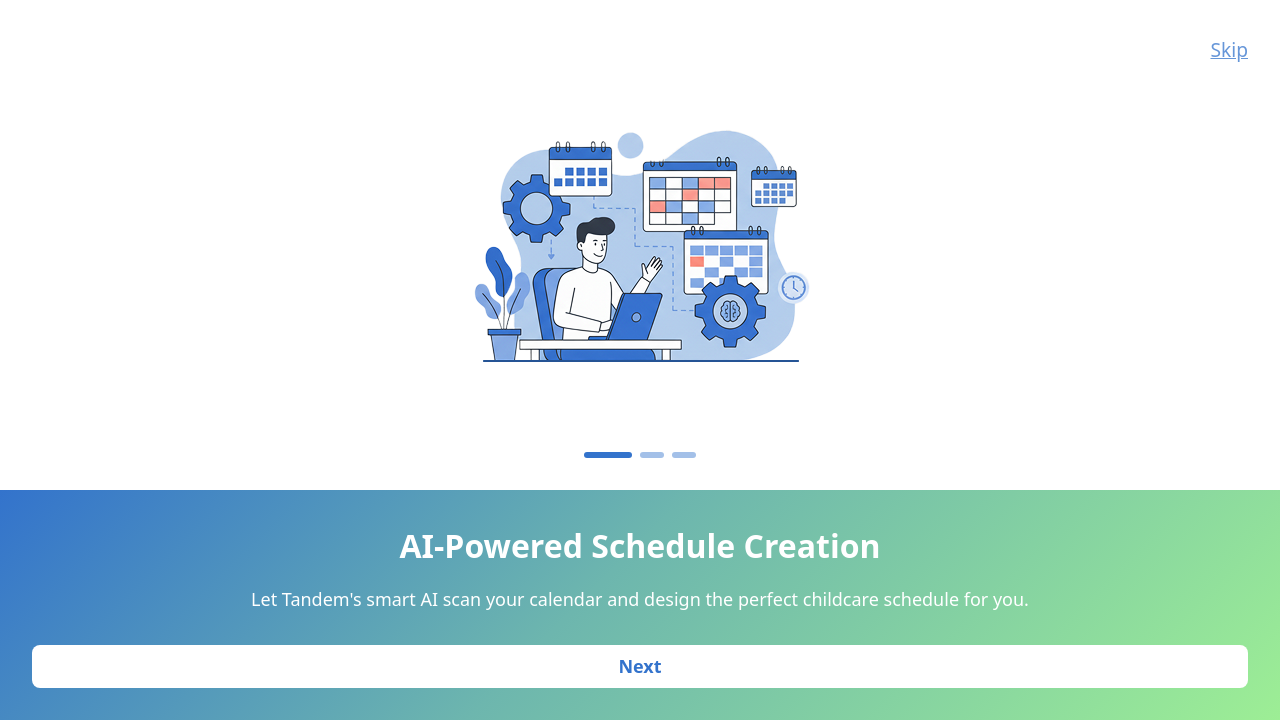
Repository: IDSP-TRADECARE/Tandem
Page: /boarding/features
The author's editor kept a copy of each file at every save. The page is drawn from the files as they stood at one save, then again after the next save.
The browser window is 1280 px wide. The pictures show the whole page.
The page's requests for data from a server got no answer. Some web fonts or font styles are not loaded; a fallback is used. The project was rebuilt for these pictures with package versions that can differ from the ones it lists, and the page was loaded fresh each time. Some packages were replaced by stand-ins written for this rebuild. The framework's server and built-in components were replaced by stand-ins that run in the browser. No one was signed in, and anything a server would have sent is missing. Also part of the build but not shown: next.config.ts, src/app/components/auth/AuthGuard.tsx.

Above is the page before, as saved 2025-11-23 00:14:52.

### src/app/layout.tsx
/* eslint-disable @next/next/no-page-custom-font */
import { ClerkProvider } from '@clerk/nextjs'
import { SocketProvider } from '@/lib/socket/SocketContext'
import './globals.css'
import type { Metadata } from "next";
import { AuthWrapper } from './components/auth/AuthWrapper';


export const metadata: Metadata = {
  title: "Tandem",
  description: "Share childcare with your community",
  icons: {
    icon: 'brand/logoColor.svg',
  },
};

export default function RootLayout({
  children,
}: Readonly<{
  children: React.ReactNode;
}>) {
  return (
    <ClerkProvider>
      <html lang="en">
        <head>
          {/* Omnes Pro from Adobe Fonts */}
          <link rel="stylesheet" href="https://use.typekit.net/pku8yek.css" />

          {/* Alan Sans from Google Fonts */}
          <link rel="preconnect" href="https://fonts.googleapis.com" />
          <link rel="preconnect" href="https://fonts.gstatic.com" crossOrigin="anonymous" />
          <link href="https://fonts.googleapis.com/css2?family=Alan+Sans:wght@300..900&display=swap" rel="stylesheet" />
        </head>
        <body className="antialiased">
          <SocketProvider>
            <AuthWrapper>
              {children}
            </AuthWrapper>
          </SocketProvider>
        </body>
      </html>
    </ClerkProvider>
  )
}

### src/app/boarding/features/page.tsx
"use client";
import { useState } from "react";
import { useRouter } from "next/navigation";
import styles from "./features.module.css";

const features = [
    {
        id: 1,
        title: "AI-Powered Schedule Creation",
        description:
            "Let Tandem's smart AI scan your calendar and design the perfect childcare schedule for you.",
        imgSrc: "/boarding/Graphic-ai-powered-feature1.png",
    },
    {
        id: 2,
        title: "Seamless Nanny Booking",
        description:
            "Effortlessly discover and book reliable nannies tailored to your family's needs.",
        imgSrc: "/boarding/Seamless-nanny-booking-feature2.png",
    },
    {
        id: 3,
        title: "Intelligent Nanny Sharing",
        description:
            "Team up with nearby families to share trusted nannies, cutting costs while building lasting connections.",
        imgSrc: "/boarding/Intelligent-nanny-sharing-feature3.png",
    },
];

export default function FeaturesPage() {
    const [currentIndex, setCurrentIndex] = useState(0);
    const router = useRouter();

    const handleNext = () => {
        if (currentIndex < features.length - 1) {
            setCurrentIndex(currentIndex + 1);
        } else {
            router.push("./sign-up");
        }
    };

    const handleSkip = () => {
        router.push("./sign-up");
    };

    const handlePrevious = () => {
        if (currentIndex > 0) {
            setCurrentIndex(currentIndex - 1);
        }
    };

    const currentFeature = features[currentIndex];
    const showPrevious = currentIndex > 0;

    return (
        <div className={styles.container}>
            <button
                className={styles.skipButton}
                onClick={handleSkip}
            >
                Skip
            </button>

            <div className={styles.imageSection}>
                <div className={styles.imageContainer}>
                    <img
                        src={currentFeature.imgSrc}
                        alt={`Feature ${currentFeature.id}`}
                    />
                </div>
                <div className={styles.progressDots}>
                    {features.map((_, index) => (
                        <div
                            key={index}
                            className={`${styles.dot} ${
                                index === currentIndex ? styles.active : ""
                            }`}
                        />
                    ))}
                </div>
            </div>

            <div className={styles.contentButtons}>
                <div className={styles.content}>
                    <h1 className={styles.title}>{currentFeature.title}</h1>
                    <p className={styles.description}>
                        {currentFeature.description}
                    </p>
                </div>
                <div className={styles.navigationButtons}>
                    {showPrevious && (
                        <button
                            className={styles.previousButton}
                            onClick={handlePrevious}
                        >
                            Previous
                        </button>
                    )}
                    <button
                        className={styles.nextButton}
                        onClick={handleNext}
                    >
                        Next
                    </button>
                </div>
            </div>
        </div>
    );
}

### src/lib/socket/SocketContext.tsx
'use client';

import { createContext, useContext, useEffect, useState } from 'react';
import { io, Socket } from 'socket.io-client';
import { ClientToServerEvents, ServerToClientEvents } from './types';

type TypedSocket = Socket<ServerToClientEvents, ClientToServerEvents>;

interface SocketContextType {
  socket: TypedSocket | null;
  isConnected: boolean;
}

const SocketContext = createContext<SocketContextType>({
  socket: null,
  isConnected: false,
});

export function SocketProvider({ children }: { children: React.ReactNode }) {
  const [socket, setSocket] = useState<TypedSocket | null>(null);
  const [isConnected, setIsConnected] = useState(false);

  useEffect(() => {
    const socketUrl = process.env.NEXT_PUBLIC_SOCKET_URL || 'http://localhost:3001';

    console.log('Connecting to Socket.IO server:', socketUrl);

    const socketInstance: TypedSocket = io(socketUrl, {
      transports: ['websocket', 'polling'],
    });

    socketInstance.on('connect', () => {
      console.log('✅ Socket connected:', socketInstance.id);
      setIsConnected(true);
    });

    socketInstance.on('disconnect', () => {
      console.log('❌ Socket disconnected');
      setIsConnected(false);
    });

    socketInstance.on('connect_error', (error) => {
      console.error('Socket connection error:', error);
      setIsConnected(false);
    });

    setSocket(socketInstance);

    return () => {
      socketInstance.disconnect();
    };
  }, []);

  return (
    <SocketContext.Provider value={{ socket, isConnected }}>
      {children}
    </SocketContext.Provider>
  );
}

export const useSocket = () => useContext(SocketContext);

### src/app/globals.css
@import "tailwindcss";

@theme {
  /* Font families */
  --font-family-alan: "Alan Sans", sans-serif;
  --font-family-omnes: "omnes-pro", sans-serif;

  /* Primary Colors */
  --color-primary: #3373cc;
  --color-primary-lighter: #a3c0e8;
  --color-primary-light: #91b3e3;
  --color-primary-light-hover: #91b3e3;
  --color-primary-light-active: #7aa4de;
  --color-primary-hover: #2b62ad;
  --color-primary-active: #255495;
  --color-primary-dark: #122847;
  --color-primary-dark-hover: #0d1d33;
  --color-primary-dark-active: #060d16;

  /* Secondary Colors */
  --color-secondary: #92f189;
  --color-secondary-lighter: #cef9ca;
  --color-secondary-light: #c4f7bf;
  --color-secondary-light-hover: #c4f7bf;
  --color-secondary-light-active: #b8f6b2;
  --color-secondary-hover: #7ccd74;
  --color-secondary-active: #6bb064;
  --color-secondary-dark: #335430;
  --color-secondary-dark-hover: #253c22;
  --color-secondary-dark-active: #101b0f;

  /* Analogous Colors */
  --color-analogous: #68d5ff;
  --color-analogous-lighter: #bbecff;
  --color-analogous-light: #ade8ff;
  --color-analogous-light-hover: #ade8ff;
  --color-analogous-light-active: #9de4ff;
  --color-analogous-hover: #58b5d9;
  --color-analogous-active: #4c9bba;
  --color-analogous-dark: #244b59;
  --color-analogous-dark-hover: #1a3540;
  --color-analogous-dark-active: #0b171c;

  /* Success */
  --color-success: #95b548;

  /* Warning */
  --color-warning: #d78f26;

  /* Error */
  --color-error: #c43535;

  /* Neutral Colors */
  --color-neutral-50: #e6e6e8;
  --color-neutral-100: #b0b0b8;
  --color-neutral-200: #8a8a96;
  --color-neutral-300: #545466;
  --color-neutral-400: #333349;
  --color-neutral-500: #00001b;
  --color-neutral-600: #000019;
  --color-neutral-700: #000013;
  --color-neutral-800: #00000f;
  --color-neutral-900: #00000b;
}

@layer base {
  :root {
    /* Semantic mappings for shadcn */
    --background: 0 0% 100%;
    --foreground: var(--color-neutral-500);
    --card: 0 0% 100%;
    --card-foreground: var(--color-neutral-500);
    --popover: 0 0% 100%;
    --popover-foreground: var(--color-neutral-500);
    --primary-foreground: 0 0% 98%;
    --secondary-foreground: var(--color-neutral-500);
    --muted: var(--color-neutral-50);
    --muted-foreground: var(--color-neutral-300);
    --accent: var(--color-analogous-light);
    --accent-foreground: var(--color-neutral-500);
    --destructive: var(--color-error);
    --destructive-foreground: 0 0% 98%;
    --border: var(--color-neutral-100);
    --input: var(--color-neutral-100);
    --ring: var(--color-primary);
    --radius: 0.5rem;
    --gradient-primary: linear-gradient(135deg, #3373CC 0%, #6DB6AE 46%, #9DEE95 100%);
  }

  .dark {
    --background: var(--color-neutral-500);
    --foreground: 0 0% 98%;
    --card: var(--color-neutral-400);
    --card-foreground: 0 0% 98%;
    --popover: var(--color-neutral-400);
    --popover-foreground: 0 0% 98%;
    --primary-foreground: var(--color-neutral-500);
    --secondary-foreground: 0 0% 98%;
    --muted: var(--color-neutral-300);
    --muted-foreground: var(--color-neutral-100);
    --accent: var(--color-analogous-dark);
    --accent-foreground: 0 0% 98%;
    --destructive-foreground: 0 0% 98%;
    --border: var(--color-neutral-300);
    --input: var(--color-neutral-300);
    --ring: var(--color-primary-light);
    --gradient-primary: linear-gradient(135deg, #3373CC 0%, #6DB6AE 46%, #9DEE95 100%);
  }

  /* Font utilities */
  .font-alan {
    font-family: var(--font-family-alan);
    font-optical-sizing: auto;
  }

  .font-omnes {
    font-family: var(--font-family-omnes);
  }
}

/* FullCalendar Custom Styles */
.fullcalendar-container {
  font-family: inherit;
}

.fc {
  font-size: 14px;
}

.fc .fc-toolbar-title {
  font-size: 1.5rem;
  font-weight: 700;
  color: var(--color-primary);
}

.fc .fc-button {
  background-color: var(--color-primary);
  border-color: var(--color-primary);
  color: white;
  border-radius: 8px;
  padding: 6px 12px;
  font-weight: 600;
}

.fc .fc-button:hover {
  background-color: var(--color-primary-hover);
  border-color: var(--color-primary-hover);
}

.fc .fc-button-active {
  background-color: var(--color-primary-dark);
  border-color: var(--color-primary-dark);
}

.fc .fc-col-header-cell {
  background-color: var(--color-neutral-50);
  padding: 12px;
  font-weight: 600;
  color: var(--color-primary);
}

.fc .fc-daygrid-day-number {
  font-weight: 600;
  color: var(--color-primary);
  padding: 8px;
}

.fc .fc-daygrid-day.fc-day-today {
  background-color: var(--color-primary-lighter) !important;
}

.fc .fc-event {
  border-radius: 6px;
  padding: 4px 6px;
  font-size: 12px;
  font-weight: 600;
  cursor: pointer;
}

.fc .fc-timegrid-event {
  border-radius: 6px;
  padding: 4px;
}

.fc .fc-timegrid-slot {
  height: 3em;
}

.fc .fc-scrollgrid {
  border-color: var(--neutral-100) !important;
}

@layer utilities {
  .bg-gradient-primary {
    background: var(--gradient-primary);
  }
}

### src/app/components/auth/AuthWrapper.tsx
'use client';

import { usePathname } from 'next/navigation';
import { AuthGuard } from './AuthGuard';

export function AuthWrapper({ children }: { children: React.ReactNode }) {
  const pathname = usePathname();

  // Routes that don't require authentication
  const publicRoutes = ['/boarding/features', '/sign-in', '/sign-up'];
  const isPublicRoute = pathname === '/' || publicRoutes.some(route => pathname?.startsWith(route));

  if (isPublicRoute) {
    return <>{children}</>;
  }

  return <AuthGuard>{children}</AuthGuard>;
}

### src/app/boarding/features/features.module.css
.container {
    min-height: 100vh;
    display: flex;
    flex-direction: column;
    background: #fff;
}

.skipButton {
    position: absolute;
    top: 1.75rem;
    right: 1rem;
    background: none;
    border: none;
    color: var(--color-primary);
    font-size: 1.2rem;
    cursor: pointer;
    z-index: 10;
    padding: 0.5rem 1rem;
    text-decoration: underline;
    opacity: 0.75;
}

.imageSection {
    flex: 1;
    display: flex;
    flex-direction: column;
    align-items: center;
    justify-content: center;
    background: #fff;
    padding: 1rem 0;
    position: relative;
}

.imageContainer {
    flex: 1;
    display: flex;
    align-items: center;
    justify-content: center;
    width: 100%;
}

.imageContainer img {
    max-width: 100%;
    height: auto;
    object-fit: contain;
}

.progressDots {
    display: flex;
    gap: 0.5rem;
    justify-content: center;
    padding: 1rem 0;
}

.dot {
    width: 1.5rem;
    height: 0.375rem;
    border-radius: 0.25rem;
    background-color: var(--color-primary-lighter);
    transition: all 0.5s;
}

.dot.active {
    background: var(--color-primary);
    width: 3rem;
}

.contentButtons {
    background: var(--gradient-primary);
    padding: 2rem;
    width: 100%;
    display: flex;
    flex-direction: column;
    gap: 2rem;
}

.content {
    display: flex;
    flex-direction: column;
    align-items: center;
    text-align: center;
}

.title {
    font-size: 2rem;
    font-weight: bold;
    color: #fff;
    margin-bottom: 1rem;
}

.description {
    font-size: 1.125rem;
    color: #fff;
    margin-bottom: 0;
}

.navigationButtons {
    display: flex;
    gap: 1rem;
    width: 100%;
}

.previousButton {
    flex: 1;
    padding: 0.5rem;
    background: rgba(255, 255, 255, 0.2);
    color: #fff;
    border: 1px solid #fff;
    border-radius: 0.5rem;
    font-size: 1.125rem;
    font-weight: bold;
    cursor: pointer;
    transition: all 0.3s;
}

.previousButton:hover {
    background: rgba(255, 255, 255, 0.3);
}

.previousButton:active {
    opacity: 0.8;
}

.nextButton {
    flex: 1;
    padding: 0.5rem;
    background: #fff;
    color: var(--color-primary);
    border: none;
    border-radius: 0.5rem;
    font-size: 1.125rem;
    font-weight: bold;
    cursor: pointer;
    transition: opacity 0.3s;
}

.nextButton:hover {
    opacity: 0.9;
}

.nextButton:active {
    opacity: 0.8;
}

After the next save:
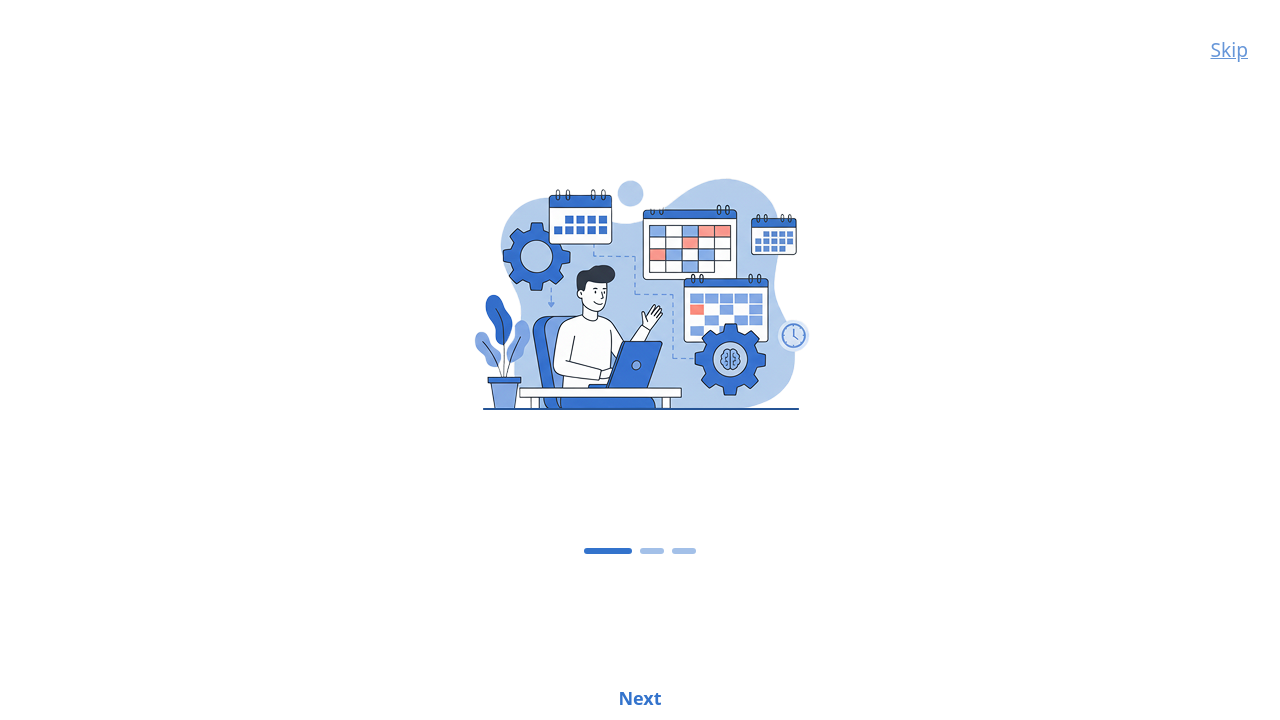
Saved 40 s later.
--- a/src/app/boarding/features/features.module.css
+++ b/src/app/boarding/features/features.module.css
@@ -65,7 +65,7 @@
     width: 3rem;
 }
 
-.contentButtons {
+.contentSection {
     background: var(--gradient-primary);
     padding: 2rem;
     width: 100%;

After the save that followed:
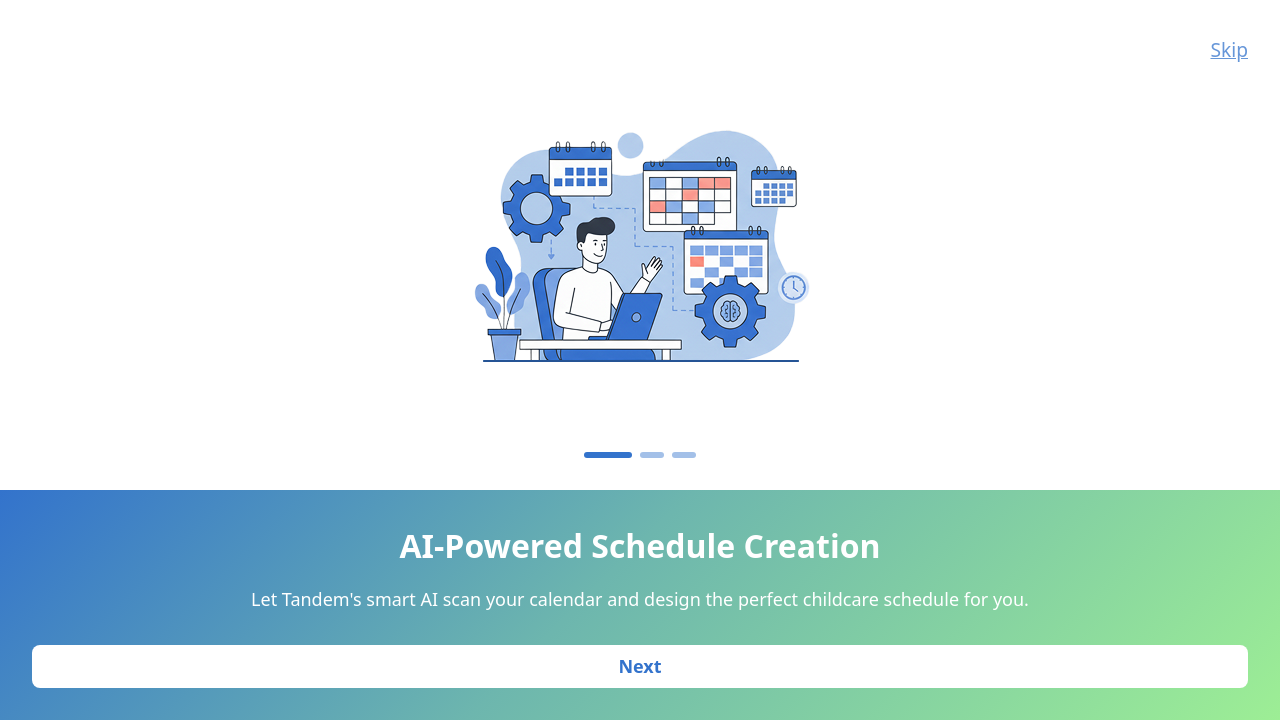
Saved 65 s later.
--- a/src/app/boarding/features/features.module.css
+++ b/src/app/boarding/features/features.module.css
@@ -65,7 +65,7 @@
     width: 3rem;
 }
 
-.contentSection {
+.contentButtons {
     background: var(--gradient-primary);
     padding: 2rem;
     width: 100%;
